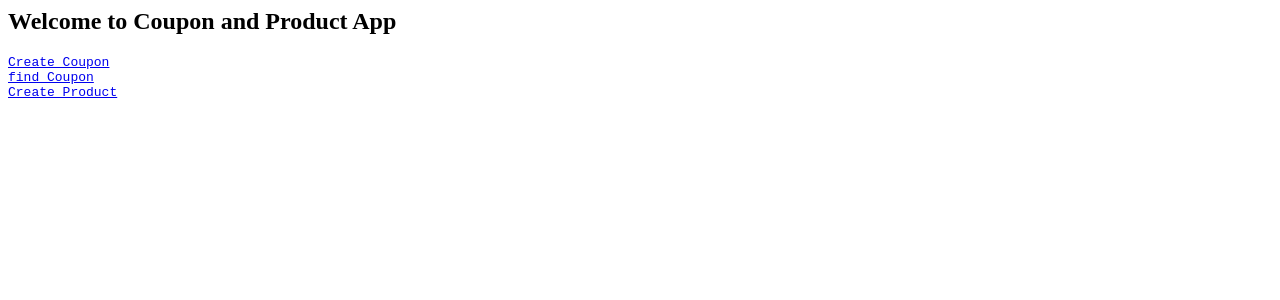
Repository: krutishilp/Sample
Page: http://localhost/couponandproductproject/
The author's editor kept a copy of each file at every save. The page is drawn from the files as they stood at one save, then again after the next save.
The browser window is 1280 px wide. The pictures show the whole page.
The page is served by Tomcat 9. Other server files are loaded and not shown.

Above is the page before, as saved 2020-09-04 06:57:26.

### JAVA-Eclipse-workspace/couponandproductproject/src/main/webapp/index.jsp
<html>
<body>
<h2>Welcome to Coupon and Product App</h2>
<pre>
<a href='createCoupon.jsp'>Create Coupon</a>
<a href='findCoupon.jsp'>find Coupon</a>
<a href='createProduct.jsp'>Create Product</a>
</pre>
</body>
</html>

After the next save:
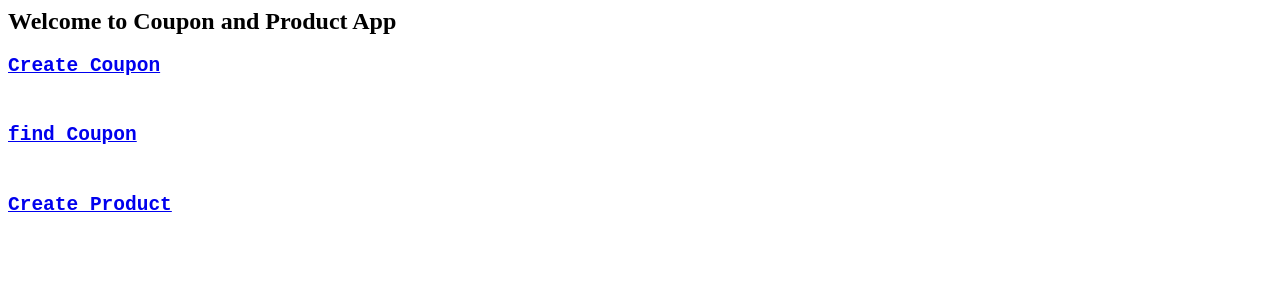
Saved 34 s later.
--- a/JAVA-Eclipse-workspace/couponandproductproject/src/main/webapp/index.jsp
+++ b/JAVA-Eclipse-workspace/couponandproductproject/src/main/webapp/index.jsp
@@ -2,9 +2,9 @@
 <body>
 <h2>Welcome to Coupon and Product App</h2>
 <pre>
-<a href='createCoupon.jsp'>Create Coupon</a>
-<a href='findCoupon.jsp'>find Coupon</a>
-<a href='createProduct.jsp'>Create Product</a>
+<h2><a href='createCoupon.jsp'>Create Coupon</a></h2>
+<h2><a href='findCoupon.jsp'>find Coupon</a></h2>
+<h2><a href='createProduct.jsp'>Create Product</a></h2>
 </pre>
 </body>
 </html>
